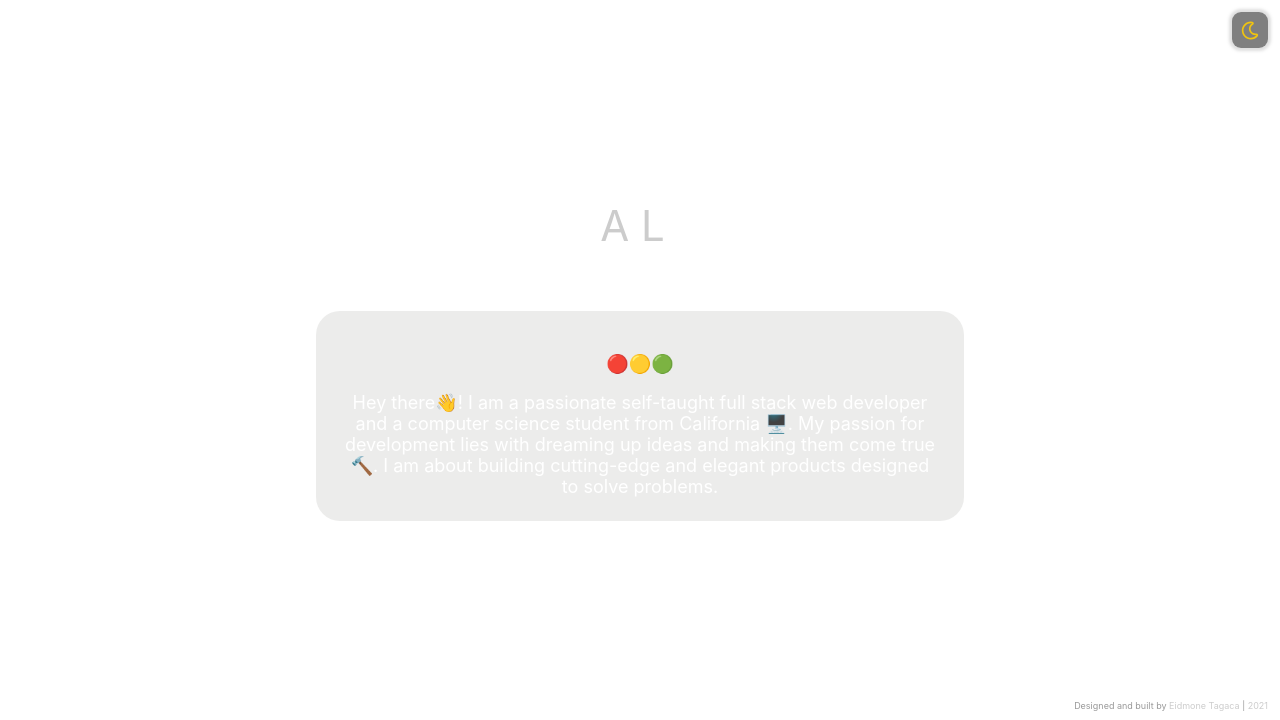
Repository: Tagaca19e/ET
Page: /
These files come from the project's save history. The page is drawn as it stood at one moment and after the next save; the edit follows.
The browser window is 1280 px wide. The pictures show the whole page.
The project was rebuilt for these pictures with package versions that can differ from the ones it lists, and the page was loaded fresh each time. Also part of the build but not shown: src/icons/Sun.jsx, src/icons/Resume.jsx.

Above is the page before, as saved 2021-07-22 23:40:50.

After the next save:
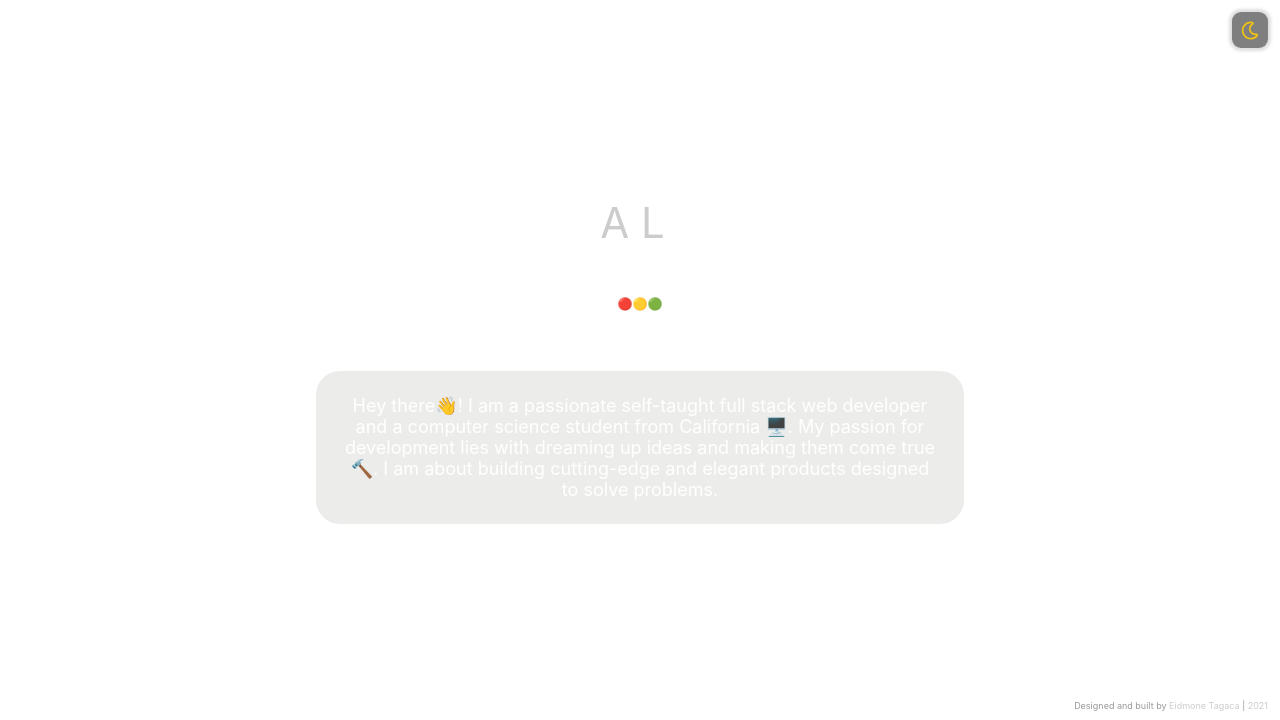
Saved 20 s later.
--- a/src/components/Content.jsx
+++ b/src/components/Content.jsx
@@ -87,12 +87,12 @@ export const Content = () => {
           aria-label="I am a software engineer"
         />
       </C.Title>
+      <p> 🔴🟡🟢</p>
       <C.Skills
         theme={theme}
         data-v2="skills"
         aria-label="My name is Adam Alston"
       >
-        <p> 🔴🟡🟢</p>
         <p1>
           {" "}
           Hey there👋! I am a passionate self-taught full stack web developer
